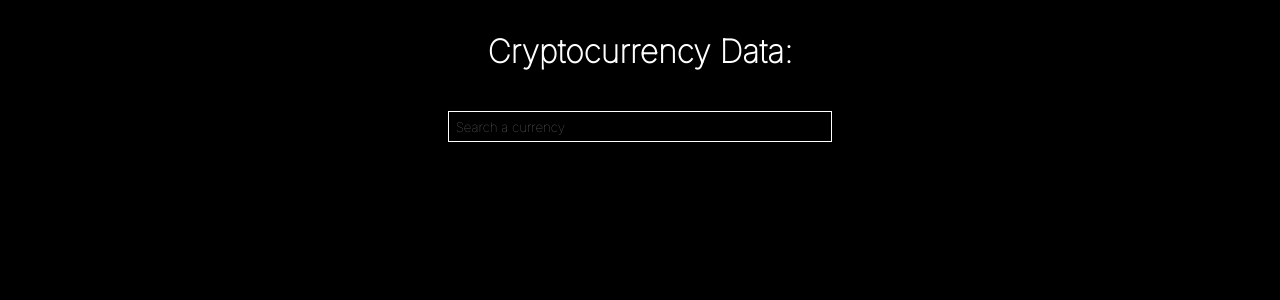
Repository: alejandroacd/cryptocurrency-market
Page: /
An editor plug-in stored every save of this project. The page is shown before and after the next save, followed by the edit.
The browser window is 1280 px wide. The pictures show the whole page.
The page's requests for data from a server got no answer. The project was rebuilt for these pictures with package versions that can differ from the ones it lists, and the page was loaded fresh each time. No one was signed in, and anything a server would have sent is missing. Also part of the build but not shown: src/Currency.js.

Above is the page before, as saved 2021-07-18 14:26:05.

### src/App.js
import Axios from 'axios';
import React, {useEffect, useState}  from 'react'
import './App.css';
import Currency from './Currency';


function App() {
  const [values,setValue] = useState([]);
  const [search,setSearch] = useState('')


  useEffect(() => {
    Axios.get('https://api.coingecko.com/api/v3/coins/markets?vs_currency=usd&order=market_cap_desc&per_page=100&page=1&sparkline=false')
    .then(resp => {
      setValue(resp.data)
    })
    .catch(err => {
      console.log(err)
    })
  }, [])

  const handleChange = (e) => {
    setSearch(e.target.value)
  }

  const finalValues = values.filter(value => value.name.toLowerCase().includes(search.toLowerCase()))


  return (
    <div className="App">
      <h1 className="title_page">Cryptocurrency Data:</h1>
      <div className='input-container'>
        <form>
          <input className='crypto_name' placeholder="Search a currency" type="text" onChange={handleChange}></input>
        </form>
      </div>
      {finalValues.map(value => {
        return (
          <Currency
          key={value.id}
          cryptoName={value.name}
          image={value.image}
          price={value.current_price}
          symbol={value.symbol}
          volume={value.market_cap}
          priceChange={value.price_change_percentage_24h}
          marketcap={value.total_volume}
           />
        )
      })}

    </div>
  );
}

export default App;

### src/App.css
@import url('https://fonts.googleapis.com/css2?family=Inter:wght@100&display=swap');


/*




*/


* {
  box-sizing: border-box;
  margin: 0;
  padding: 0;
  background-color: black;
  color:white;
  font-family: 'Inter', sans-serif;


}

.title_page {
  margin-top:1em;
}
.App {
  text-align: center;

}


.input-container form input {
  margin:3em;
  border: 1px solid white;
}

### src/Currency.css
.currency_container {
    display:flex;
    justify-content: space-between;
    flex-direction: row;
    justify-items: start;
    height: 80px;
    align-items: center;
    border-bottom: 1px solid black;
    width: 85%;
    margin: 0 auto;
}

.currency {
    display:flex;
    align-items: center;
    justify-content: space-between;
    width: 25%;
}

.currency img {
    height: 30px;
    width: 30px;
}

.currency_data {
    display:flex;
    flex-direction: row;
    width: 75%;
    justify-content: space-around;
    align-items: center;
}

.currency h1 {
    font-size:1em;
}

.currency_price {
    width: 110px;
}

.currency_volume {
    width: 155px;
}

.currency_marketcap {
    display:flex;
    width: 230px;
    font-weight: bold;
}

.currency_symbol {
    width: 50px;
}
.crypto_name {
    padding: 0.5em;
    margin: 0 auto;
    width: 30%;
}
.red {
    color:#CD113B;
}

.green {
    color:#66DE93;
}

@media only screen and (max-width: 600px) {
    .currency_container {
        width: 90%;
    }

    .currency_container .currency {
        width: 50%;
    }
    .currency_data {
        width: 50%;
    }
    .currency_data .currency_price  .currency_percent {
        font-size: 0.7rem;

    }
    .currency_data .currency_volume {
        display: none;
    }

    .currency_marketcap {
        display:none;
    }
    .crypto_name {
        width: 70%;

    }

}

Loaded but not shown: public/index.html (common file); src/index.js (common file)

After the next save:
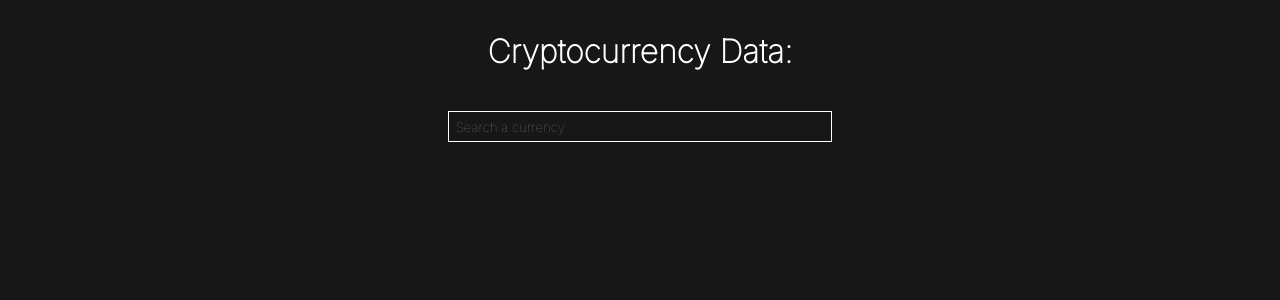
Saved 74 s later.
--- a/src/App.css
+++ b/src/App.css
@@ -13,7 +13,7 @@
   box-sizing: border-box;
   margin: 0;
   padding: 0;
-  background-color: black;
+  background-color: #171717;
   color:white;
   font-family: 'Inter', sans-serif;
 
